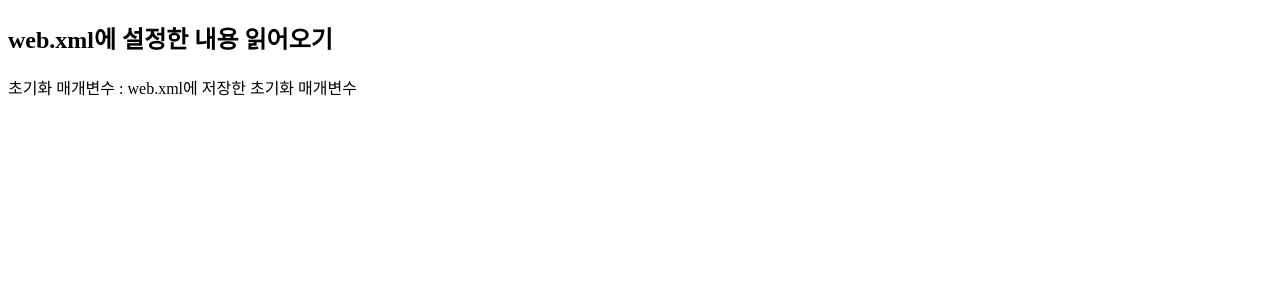
Repository: zodib0123/kdt_jsp
Page: http://localhost/MustHaveJSP/02ImplicitObject/ApplicationMain.jsp
An editor plug-in stored every save of this project. The page is shown before and after the next save, followed by the edit.
The browser window is 1280 px wide. The pictures show the whole page.
The page is served by Tomcat 10.

Above is the page before, as saved 2025-09-24 03:34:08.

After the next save:
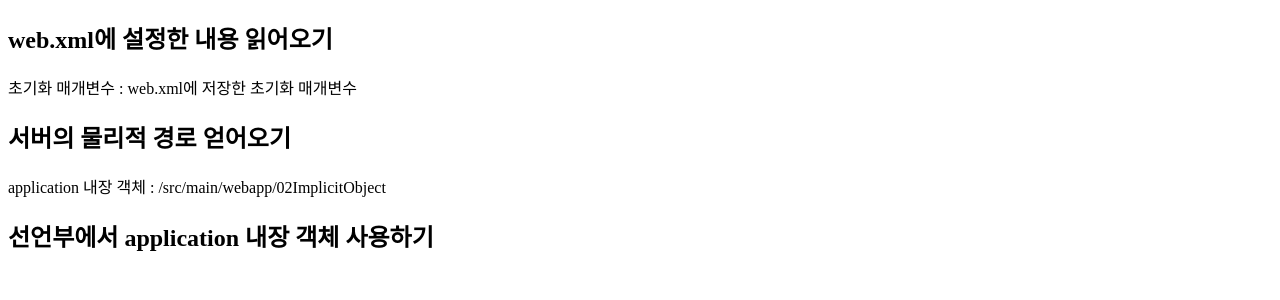
Saved 2 min 23 s later.
--- a/MustHaveJSP/src/main/webapp/02ImplicitObject/ApplicationMain.jsp
+++ b/MustHaveJSP/src/main/webapp/02ImplicitObject/ApplicationMain.jsp
@@ -10,6 +10,18 @@
 	<h2>web.xml에 설정한 내용 읽어오기</h2>
 	초기화 매개변수 : <%= application.getInitParameter("INIT_PARAM") %>
 
+	<h2>서버의 물리적 경로 얻어오기</h2>
+	application 내장 객체 : <%= application.getRealPath("/02ImplicitObject") %>
+
+	<h2>선언부에서 application 내장 객체 사용하기</h2>
+	<%!
+	public String useImplicitObject() {
+		return this.getServletContext().getRealPath("/02ImplicitObject");
+	}
+	public String useImplicitObject(ServletContext app) {
+		return app.getRealPath("/02ImplicitObject");
+	}
+	%>
 
 </body>
 </html>
